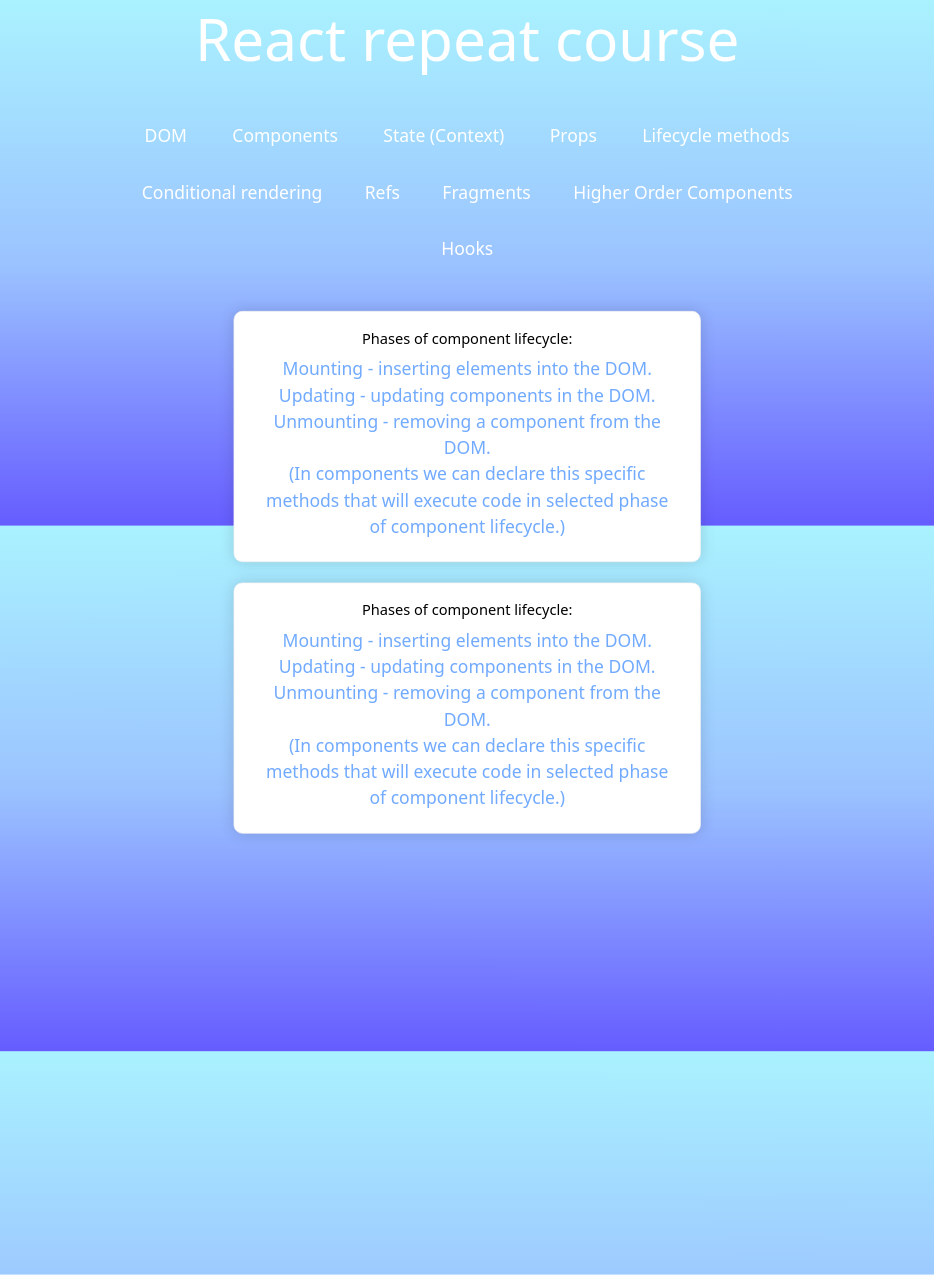
Repository: michalgornicki/github
Page: /#/Lifecycle
An editor plug-in stored every save of this project. The page is shown before and after the next save, followed by the edit.
The browser window is 1280 px wide. The pictures show the whole page, at 73% of full size.
Backgrounds fixed to the window are drawn as part of the page. The project was rebuilt for these pictures with package versions that can differ from the ones it lists, and the page was loaded fresh each time. Also part of the build but not shown: src/components/dom.jsx, src/components/components.jsx, src/components/state.jsx, src/components/props.jsx, src/components/conditional.jsx, src/components/refs.jsx, src/components/fragments.jsx, src/components/hoc.jsx and 1 more.

Above is the page before, as saved 2022-02-07 13:09:07.

### src/App.jsx
import React from "react";
import "./App.css";
import "bootstrap/dist/css/bootstrap.min.css";
import { Route, HashRouter as Router, Routes, Link } from "react-router-dom";
import DOM from "./components/dom.jsx";
import Components from "./components/components.jsx";
import State from "./components/state.jsx";
import Props from "./components/props.jsx";
import Lifecycle from "./components/lifecycle.jsx";
import Conditional from "./components/conditional.jsx";
import Refs from "./components/refs.jsx";
import Fragments from "./components/fragments.jsx";
import HOC from "./components/hoc.jsx";
import Hooks from "./components/hooks.jsx";

const App = () => {
  return (
    <Router>
      <div className="text-center">
        <div className="display-1 mt-1 mb-5 text-white">React repeat course</div>

        <div className="h4 d-flex w-75 m-auto my-5 justify-content-evenly flex-wrap text-white">
          <Link className="link-style m-3" to="/">
            DOM
          </Link>
          <Link className="link-style m-3" to="/Components">
            Components
          </Link>
          <Link className="link-style m-3" to="/State">
            State (Context)
          </Link>
          <Link className="link-style m-3" to="/Props">
            Props
          </Link>
          <Link className="link-style m-3" to="/Lifecycle">
            Lifecycle methods
          </Link>
          <Link className="link-style m-3" to="/Conditional">
            Conditional rendering
          </Link>
          <Link className="link-style m-3" to="/Refs">
            Refs
          </Link>
          <Link className="link-style m-3" to="/Fragments">
            Fragments
          </Link>
          <Link className="link-style m-3" to="/HOC">
            Higher Order Components
          </Link>
          <Link className="link-style m-3" to="/Hooks">
            Hooks
          </Link>
        </div>

        <Routes>
          <Route path="/" element={<DOM />} />
          <Route path="/Components" element={<Components />} />
          <Route path="/State" element={<State />} />
          <Route path="/Props" element={<Props />} />
          <Route path="/Lifecycle" element={<Lifecycle />} />
          <Route path="/Conditional" element={<Conditional />} />
          <Route path="/Refs" element={<Refs />} />
          <Route path="/Fragments" element={<Fragments />} />
          <Route path="/HOC" element={<HOC />} />
          <Route path="/Hooks" element={<Hooks />} />
        </Routes>
      </div>
    </Router>
  );
};

export default App;

### src/App.css
@import url('https://fonts.googleapis.com/css2?family=Catamaran:wght@400&display=swap');

body{
    font-family: 'Catamaran', sans-serif;
    overflow-x: hidden;
    padding-bottom: 80vh;
    height: auto;
    background: linear-gradient(rgb(170, 242, 255), rgb(155, 195, 255), rgb(102, 92, 255));
    background-attachment: fixed;
}

.js-item{
    color:rgb(0, 0, 0);
    font-size: 1.25rem;
    background-color: white;
    transition: 0.2s;
    padding: 3vh;
    margin-bottom: 4vh!important;
    border: 1px solid rgb(240, 240, 240);
    width: 50%;
    margin-left: auto;
    margin-right: auto;
    box-shadow: 0px 0px 20px rgba(0, 0, 0, 0.15);
    border-radius: 0.75rem;
}

.js-item:hover{
    cursor: pointer;
    background-color: rgb(240, 240, 240);
}

.text-color{
    margin: auto;
    padding: 0.5rem;
    width: fit-content;
    color:rgb(113, 170, 255)!important;
    font-size: 1.5rem;
    border-radius: 1rem;
}

.link-style{
    color: inherit;
    text-decoration: inherit;
    padding: 0.5rem;
    border-radius: 0.5rem;
}

.link-style:hover{
    color: rgb(113, 170, 255);
    text-decoration: inherit;
}

@media only screen and (max-device-width: 600px), (max-width: 600px) {

    .js-item{
        width: 95%;
    }

}

### src/components/lifecycle.jsx
const Lifecycle = () => {
  return (
    <div className="">
      <div className="js-item">
        {" "}
        <div className="">Phases of component lifecycle: </div>
        <div className="text-color">
          {`Mounting - inserting elements into the DOM.`} <br />
          {`Updating - updating components in the DOM.`} <br />
          {`Unmounting - removing a component from the DOM.`}{" "} <br />
          (In components we can declare this specific methods that will execute code in selected phase of component lifecycle.)
        </div>{" "}
      </div>
      <div className="js-item">
        {" "}
        <div className="">Phases of component lifecycle: </div>
        <div className="text-color">
          {`Mounting - inserting elements into the DOM.`} <br />
          {`Updating - updating components in the DOM.`} <br />
          {`Unmounting - removing a component from the DOM.`}{" "} <br />
          (In components we can declare this specific methods that will execute code in selected phase of component lifecycle.)
        </div>{" "}
      </div>
    </div>
  );
};

export default Lifecycle;

Loaded but not shown: public/index.html (common file); src/index.js (common file); src/index.css (common file); src/reportWebVitals.js (common file)

After the next save:
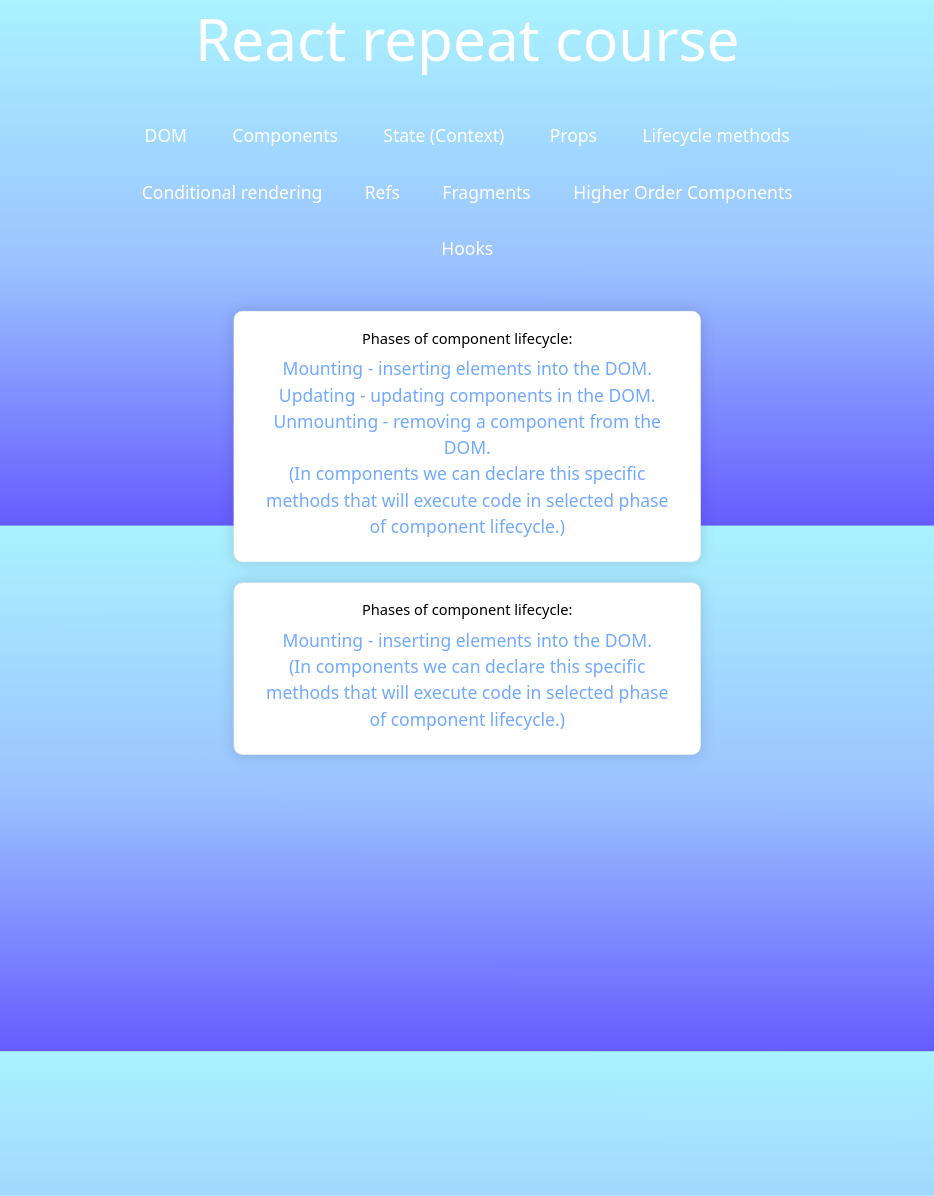
Saved 22 s later.
--- a/src/components/lifecycle.jsx
+++ b/src/components/lifecycle.jsx
@@ -16,8 +16,6 @@
         <div className="">Phases of component lifecycle: </div>
         <div className="text-color">
           {`Mounting - inserting elements into the DOM.`} <br />
-          {`Updating - updating components in the DOM.`} <br />
-          {`Unmounting - removing a component from the DOM.`}{" "} <br />
           (In components we can declare this specific methods that will execute code in selected phase of component lifecycle.)
         </div>{" "}
       </div>
